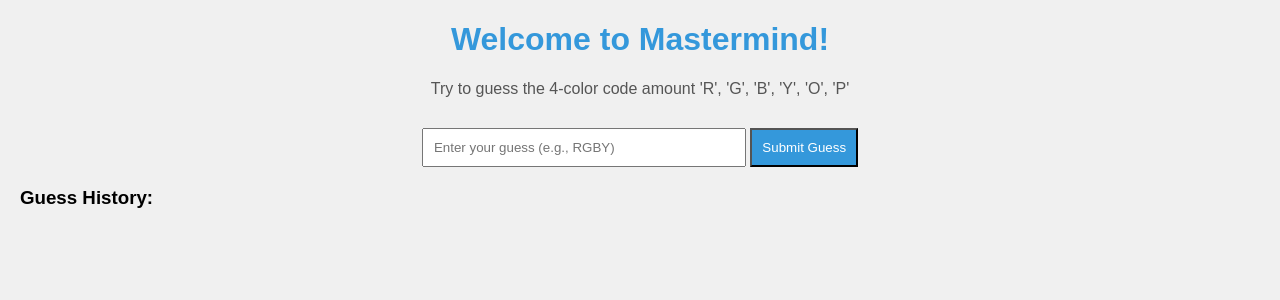
Repository: cheasopheaknita/Mastermind_Game
Page: http://localhost/
The author's editor kept a copy of each file at every save. The page is drawn from the files as they stood at one save, then again after a run of saves.
The browser window is 1280 px wide. The pictures show the whole page.
The page is served by the project's application, run on Flask 3 (mastermind_project/app.py).

Above is the page before, as saved 2024-02-06 01:39:59.

After the next 3 saves:
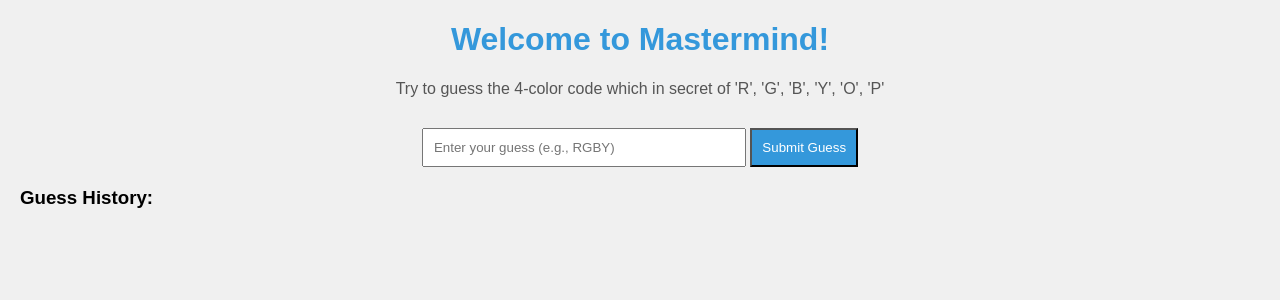
The 3 saves are shown as one change because they came seconds apart.
The last was saved 24 s later.
--- a/mastermind_project/templates/mastermind_game.html
+++ b/mastermind_project/templates/mastermind_game.html
@@ -48,7 +48,7 @@
 </head>
 <body>
     <h1>Welcome to Mastermind!</h1>
-    <p>Try to guess the 4-color code amount 'R', 'G', 'B', 'Y', 'O', 'P'</p>
+    <p>Try to guess the 4-color code which in secret of 'R', 'G', 'B', 'Y', 'O', 'P'</p>
 
     <div id="result"></div>
 
